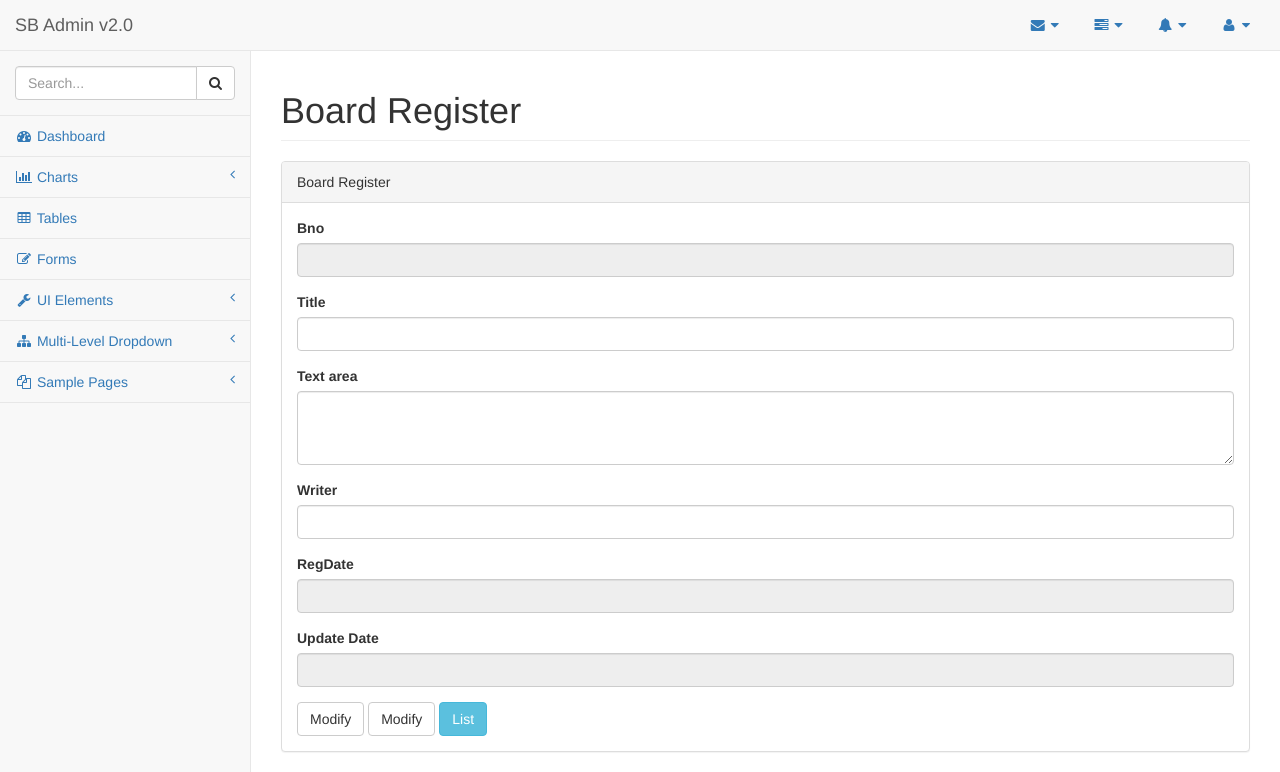
Repository: seulbeelee/springEx
Page: http://localhost/ex02/WEB-INF/views/board/modify.jsp
The author's editor kept a copy of each file at every save. The page is drawn from the files as they stood at one save, then again after the next save.
The browser window is 1280 px wide. The pictures show the whole page.
The page is served by Tomcat 9. Nobody is signed in. Other server files are loaded and not shown. The template is opened directly, without the code that normally fills it, so the values that code supplies are empty.

Above is the page before, as saved 2020-12-27 14:44:59.

### ex02/src/main/webapp/WEB-INF/views/board/modify.jsp
<%@ page language="java" contentType="text/html; charset=UTF-8"
	pageEncoding="UTF-8"%>
<%@ taglib uri="http://java.sun.com/jsp/jstl/core" prefix="c"%>
<%@ taglib uri="http://java.sun.com/jsp/jstl/fmt" prefix="fmt"%>
<%@include file="../includes/header.jsp"%>
<div class="row">
	<div class="col-lg-12">
		<h1 class="page-header">Board Register</h1>
	</div>
	<!-- /.col-lg-12 -->
</div>
<!-- /.row -->
<div class="row">
	<div class="col-lg-12">
		<div class="panel panel-default">
			<div class="panel-heading">Board Register</div>
			<!-- /.panel-heading -->
			<div class="panel-body">
				<form role="form" action="/board/modify" method="POST">
					<div class="form-group">
						<label>Bno</label> <input class="form-control" name="bno"
							value='<c:out value="${board.bno}"/>' readonly="readonly" />
					</div>
					<div class="form-group">
						<label>Title</label> <input class="form-control" name="title"
							value="<c:out value='${board.title}'/>" />
					</div>
					<div class="form-group">
						<label>Text area</label>
						<textarea name="content" class="form-control" rows="3"><c:out
								value="${board.content}" /></textarea>
					</div>
					<div class="form-group">
						<label>Writer</label> <input class="form-control" name="writer"
							value="<c:out value='${board.writer}'/>" />
					</div>
					<div class="form-group">
						<label>RegDate</label> <input class="form-control" name='regDate'
							value='<fmt:formatDate pattern = "yyyy/MM/dd" value = "${board.regdate}" />'
							readonly="readonly">
					</div>

					<div class="form-group">
						<label>Update Date</label> <input class="form-control"
							name='updateDate'
							value='<fmt:formatDate pattern = "yyyy/MM/dd" value = "${board.updateDate}" />'
							readonly="readonly">
					</div>
					<button type="submit" data-oper="modify" class="btn btn-default">Modify</button>
					<button type="submit" data-oper="modify" class="btn btn-default">Modify</button>
					<button type="submit" data-oper="list" class="btn btn-info">List</button>
				</form>
			</div>
			<!-- /.panel-body -->
		</div>
		<!-- /.panel -->
	</div>
</div>
<!-- /.row -->
<script type="text/javascript">
  $(document).ready(function () {
    var formObj = $("form");

    $("button").on("click", function (e) {
      e.preventDefault();
      var operation = $(this).data("oper");
      console.log(operation);
      if (operation === "remove") {
        formObj.attr("action", "/board/remove");
      } else if (operation === "list") {
        self.location = "/board/list";
        return;
      }
      formObj.submit();
    });
  });
</script>
<%@include file="../includes/footer.jsp"%>

### ex02/src/main/webapp/WEB-INF/views/includes/footer.jsp
</div>
<!-- /#page-wrapper -->

</div>
<!-- /#wrapper -->



<!-- Bootstrap Core JavaScript -->
<script
	src="${pageContext.request.contextPath}/resources/vendor/bootstrap/js/bootstrap.min.js"></script>

<!-- Metis Menu Plugin JavaScript -->
<script
	src="${pageContext.request.contextPath}/resources/vendor/metisMenu/metisMenu.min.js"></script>

<!-- DataTables JavaScript -->
<script
	src="${pageContext.request.contextPath}/resources/vendor/datatables/js/jquery.dataTables.min.js"></script>
<script
	src="${pageContext.request.contextPath}/resources/vendor/datatables-plugins/dataTables.bootstrap.min.js"></script>
<script
	src="${pageContext.request.contextPath}/resources/vendor/datatables-responsive/dataTables.responsive.js"></script>

<!-- Custom Theme JavaScript -->
<script
	src="${pageContext.request.contextPath}/resources/dist/js/sb-admin-2.js"></script>

<!-- Page-Level Demo Scripts - Tables - Use for reference -->
<script>
  $(document).ready(function() {
    $('#dataTables-example').DataTable({
      responsive: true
    });
    $(".sidebar-nav")
      .attr("class","sidebar-nav navbar-collapse collapse")
      .attr("aria-expanded",'false')
      .attr("style","height:1px");
  });
</script>

</body>

</html>

### ex02/src/main/webapp/resources/dist/css/sb-admin-2.css
/*!
 * Start Bootstrap - SB Admin 2 v3.3.7+1 (http://startbootstrap.com/template-overviews/sb-admin-2)
 * Copyright 2013-2016 Start Bootstrap
 * Licensed under MIT (https://github.com/BlackrockDigital/startbootstrap/blob/gh-pages/LICENSE)
 */
body {
  background-color: #f8f8f8;
}
#wrapper {
  width: 100%;
}
#page-wrapper {
  padding: 0 15px;
  min-height: 568px;
  background-color: white;
}
@media (min-width: 768px) {
  #page-wrapper {
    position: inherit;
    margin: 0 0 0 250px;
    padding: 0 30px;
    border-left: 1px solid #e7e7e7;
  }
}
.navbar-top-links {
  margin-right: 0;
}
.navbar-top-links li {
  display: inline-block;
}
.navbar-top-links li:last-child {
  margin-right: 15px;
}
.navbar-top-links li a {
  padding: 15px;
  min-height: 50px;
}
.navbar-top-links .dropdown-menu li {
  display: block;
}
.navbar-top-links .dropdown-menu li:last-child {
  margin-right: 0;
}
.navbar-top-links .dropdown-menu li a {
  padding: 3px 20px;
  min-height: 0;
}
.navbar-top-links .dropdown-menu li a div {
  white-space: normal;
}
.navbar-top-links .dropdown-messages,
.navbar-top-links .dropdown-tasks,
.navbar-top-links .dropdown-alerts {
  width: 310px;
  min-width: 0;
}
.navbar-top-links .dropdown-messages {
  margin-left: 5px;
}
.navbar-top-links .dropdown-tasks {
  margin-left: -59px;
}
.navbar-top-links .dropdown-alerts {
  margin-left: -123px;
}
.navbar-top-links .dropdown-user {
  right: 0;
  left: auto;
}
.sidebar .sidebar-nav.navbar-collapse {
  padding-left: 0;
  padding-right: 0;
}
.sidebar .sidebar-search {
  padding: 15px;
}
.sidebar ul li {
  border-bottom: 1px solid #e7e7e7;
}
.sidebar ul li a.active {
  background-color: #eeeeee;
}
.sidebar .arrow {
  float: right;
}
.sidebar .fa.arrow:before {
  content: "\f104";
}
.sidebar .active > a > .fa.arrow:before {
  content: "\f107";
}
.sidebar .nav-second-level li,
.sidebar .nav-third-level li {
  border-bottom: none !important;
}
.sidebar .nav-second-level li a {
  padding-left: 37px;
}
.sidebar .nav-third-level li a {
  padding-left: 52px;
}
@media (min-width: 768px) {
  .sidebar {
    z-index: 1;
    position: absolute;
    width: 250px;
    margin-top: 51px;
  }
  .navbar-top-links .dropdown-messages,
  .navbar-top-links .dropdown-tasks,
  .navbar-top-links .dropdown-alerts {
    margin-left: auto;
  }
}
.btn-outline {
  color: inherit;
  background-color: transparent;
  transition: all .5s;
}
.btn-primary.btn-outline {
  color: #428bca;
}
.btn-success.btn-outline {
  color: #5cb85c;
}
.btn-info.btn-outline {
  color: #5bc0de;
}
.btn-warning.btn-outline {
  color: #f0ad4e;
}
.btn-danger.btn-outline {
  color: #d9534f;
}
.btn-primary.btn-outline:hover,
.btn-success.btn-outline:hover,
.btn-info.btn-outline:hover,
.btn-warning.btn-outline:hover,
.btn-danger.btn-outline:hover {
  color: white;
}
.chat {
  margin: 0;
  padding: 0;
  list-style: none;
}
.chat li {
  margin-bottom: 10px;
  padding-bottom: 5px;
  border-bottom: 1px dotted #999999;
}
.chat li.left .chat-body {
  margin-left: 60px;
}
.chat li.right .chat-body {
  margin-right: 60px;
}
.chat li .chat-body p {
  margin: 0;
}
.panel .slidedown .glyphicon,
.chat .glyphicon {
  margin-right: 5px;
}
.chat-panel .panel-body {
  height: 350px;
  overflow-y: scroll;
}
.login-panel {
  margin-top: 25%;
}
.flot-chart {
  display: block;
  height: 400px;
}
.flot-chart-content {
  width: 100%;
  height: 100%;
}
table.dataTable thead .sorting,
table.dataTable thead .sorting_asc,
table.dataTable thead .sorting_desc,
table.dataTable thead .sorting_asc_disabled,
table.dataTable thead .sorting_desc_disabled {
  background: transparent;
}
table.dataTable thead .sorting_asc:after {
  content: "\f0de";
  float: right;
  font-family: fontawesome;
}
table.dataTable thead .sorting_desc:after {
  content: "\f0dd";
  float: right;
  font-family: fontawesome;
}
table.dataTable thead .sorting:after {
  content: "\f0dc";
  float: right;
  font-family: fontawesome;
  color: rgba(50, 50, 50, 0.5);
}
.btn-circle {
  width: 30px;
  height: 30px;
  padding: 6px 0;
  border-radius: 15px;
  text-align: center;
  font-size: 12px;
  line-height: 1.428571429;
}
.btn-circle.btn-lg {
  width: 50px;
  height: 50px;
  padding: 10px 16px;
  border-radius: 25px;
  font-size: 18px;
  line-height: 1.33;
}
.btn-circle.btn-xl {
  width: 70px;
  height: 70px;
  padding: 10px 16px;
  border-radius: 35px;
  font-size: 24px;
  line-height: 1.33;
}
.show-grid [class^="col-"] {
  padding-top: 10px;
  padding-bottom: 10px;
  border: 1px solid #ddd;
  background-color: #eee !important;
}
.show-grid {
  margin: 15px 0;
}
.huge {
  font-size: 40px;
}
.panel-green {
  border-color: #5cb85c;
}
.panel-green > .panel-heading {
  border-color: #5cb85c;
  color: white;
  background-color: #5cb85c;
}
.panel-green > a {
  color: #5cb85c;
}
.panel-green > a:hover {
  color: #3d8b3d;
}
.panel-red {
  border-color: #d9534f;
}
.panel-red > .panel-heading {
  border-color: #d9534f;
  color: white;
  background-color: #d9534f;
}
.panel-red > a {
  color: #d9534f;
}
.panel-red > a:hover {
  color: #b52b27;
}
.panel-yellow {
  border-color: #f0ad4e;
}
.panel-yellow > .panel-heading {
  border-color: #f0ad4e;
  color: white;
  background-color: #f0ad4e;
}
.panel-yellow > a {
  color: #f0ad4e;
}
.panel-yellow > a:hover {
  color: #df8a13;
}
.timeline {
  position: relative;
  padding: 20px 0 20px;
  list-style: none;
}
.timeline:before {
  content: " ";
  position: absolute;
  top: 0;
  bottom: 0;
  left: 50%;
  width: 3px;
  margin-left: -1.5px;
  background-color: #eeeeee;
}
.timeline > li {
  position: relative;
  margin-bottom: 20px;
}
.timeline > li:before,
.timeline > li:after {
  content: " ";
  display: table;
}
.timeline > li:after {
  clear: both;
}
.timeline > li:before,
.timeline > li:after {
  content: " ";
  display: table;
}
.timeline > li:after {
  clear: both;
}
.timeline > li > .timeline-panel {
  float: left;
  position: relative;
  width: 46%;
  padding: 20px;
  border: 1px solid #d4d4d4;
  border-radius: 2px;
  -webkit-box-shadow: 0 1px 6px rgba(0, 0, 0, 0.175);
  box-shadow: 0 1px 6px rgba(0, 0, 0, 0.175);
}
.timeline > li > .timeline-panel:before {
  content: " ";
  display: inline-block;
  position: absolute;
  top: 26px;
  right: -15px;
  border-top: 15px solid transparent;
  border-right: 0 solid #ccc;
  border-bottom: 15px solid transparent;
  border-left: 15px solid #ccc;
}
.timeline > li > .timeline-panel:after {
  content: " ";
  display: inline-block;
  position: absolute;
  top: 27px;
  right: -14px;
  border-top: 14px solid transparent;
  border-right: 0 solid #fff;
  border-bottom: 14px solid transparent;
  border-left: 14px solid #fff;
}
.timeline > li > .timeline-badge {
  z-index: 100;
  position: absolute;
  top: 16px;
  left: 50%;
  width: 50px;
  height: 50px;
  margin-left: -25px;
  border-radius: 50% 50% 50% 50%;
  text-align: center;
  font-size: 1.4em;
  line-height: 50px;
  color: #fff;
  background-color: #999999;
}
.timeline > li.timeline-inverted > .timeline-panel {
  float: right;
}
.timeline > li.timeline-inverted > .timeline-panel:before {
  right: auto;
  left: -15px;
  border-right-width: 15px;
  border-left-width: 0;
}
.timeline > li.timeline-inverted > .timeline-panel:after {
  right: auto;
  left: -14px;
  border-right-width: 14px;
  border-left-width: 0;
}
.timeline-badge.primary {
  background-color: #2e6da4 !important;
}
.timeline-badge.success {
  background-color: #3f903f !important;
}
.timeline-badge.warning {
  background-color: #f0ad4e !important;
}
.timeline-badge.danger {
  background-color: #d9534f !important;
}
.timeline-badge.info {
  background-color: #5bc0de !important;
}
.timeline-title {
  margin-top: 0;
  color: inherit;
}
.timeline-body > p,
.timeline-body > ul {
  margin-bottom: 0;
}
.timeline-body > p + p {
  margin-top: 5px;
}
@media (max-width: 767px) {
  ul.timeline:before {
    left: 40px;
  }
  ul.timeline > li > .timeline-panel {
    width: calc(10%);
    width: -moz-calc(10%);
    width: -webkit-calc(10%);
  }
  ul.timeline > li > .timeline-badge {
    top: 16px;
    left: 15px;
    margin-left: 0;
  }
  ul.timeline > li > .timeline-panel {
    float: right;
  }
  ul.timeline > li > .timeline-panel:before {
    right: auto;
    left: -15px;
    border-right-width: 15px;
    border-left-width: 0;
  }
  ul.timeline > li > .timeline-panel:after {
    right: auto;
    left: -14px;
    border-right-width: 14px;
    border-left-width: 0;
  }
}

Loaded but not shown: ex02/src/main/webapp/resources/dist/js/sb-admin-2.js (47 lines, source omitted); ex02/src/main/webapp/WEB-INF/views/includes/header.jsp (377 lines, source omitted)

After the next save:
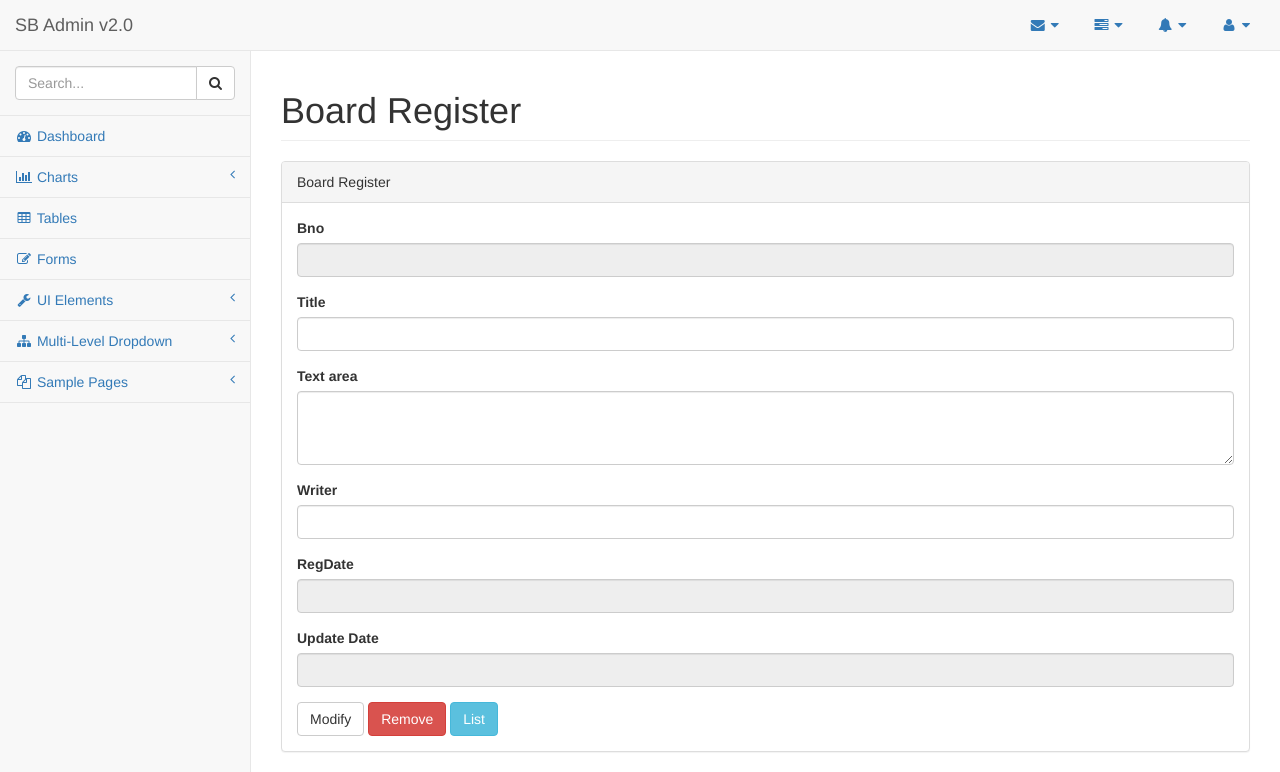
Saved 2 min 32 s later.
--- a/ex02/src/main/webapp/WEB-INF/views/board/modify.jsp
+++ b/ex02/src/main/webapp/WEB-INF/views/board/modify.jsp
@@ -47,7 +47,7 @@
 							readonly="readonly">
 					</div>
 					<button type="submit" data-oper="modify" class="btn btn-default">Modify</button>
-					<button type="submit" data-oper="modify" class="btn btn-default">Modify</button>
+					<button type="submit" data-oper="remove" class="btn btn-danger">Remove</button>
 					<button type="submit" data-oper="list" class="btn btn-info">List</button>
 				</form>
 			</div>
